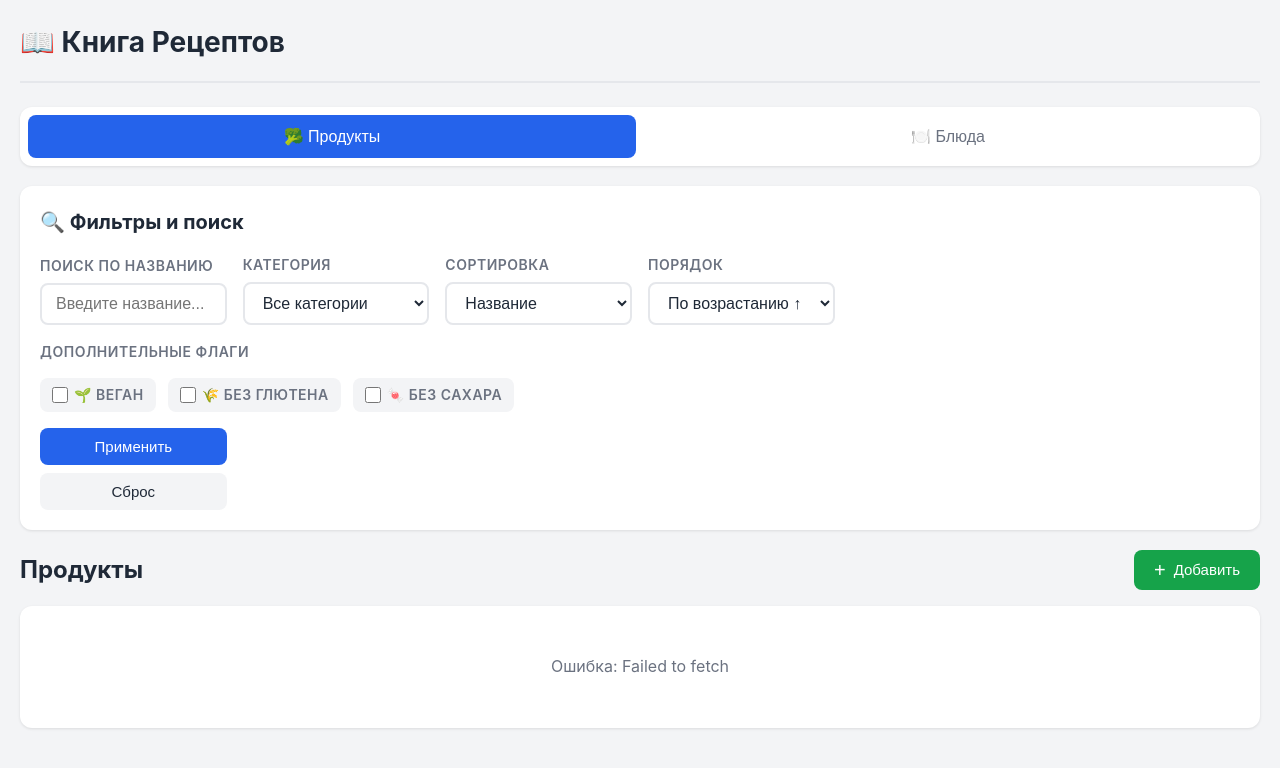
Repository: WorM1337/Testing-project
Page: Web/wwwroot/index.html
These files come from the project's save history. The page is drawn as it stood at one moment and after the next save; the edit follows.
The browser window is 1280 px wide. The pictures show the whole page.
The page's requests for data from a server got no answer.

Above is the page before, as saved 2026-04-12 14:45:28.

### Web/wwwroot/index.html
<!doctype html>
<html lang="ru">
  <head>
    <meta charset="UTF-8" />
    <meta name="viewport" content="width=device-width, initial-scale=1.0" />
    <title>Книга Рецептов</title>
    <link rel="stylesheet" href="css/styles.css" />
  </head>
  <body>
    <!-- Modal overlays must be direct children of body for proper z-index -->
    <!-- Modal: Create/Edit Entity -->
    <div class="modal-overlay" id="entity-modal">
      <div class="modal modal-large">
        <div class="modal-header">
          <h3 id="modal-title">Создание</h3>
          <button class="btn btn-icon-btn" onclick="app.closeModal()">✕</button>
        </div>
        <form id="entity-form" onsubmit="app.handleFormSubmit(event)">
          <input type="hidden" id="edit-id" />
          <div id="modal-fields" class="form-grid"></div>

          <!-- Ingredients Section (for dishes only) -->
          <div id="ingredients-container" class="ingredients-section hidden">
            <h4>📋 Ингредиенты</h4>
            <div class="ingredients-info">
              <p>
                💡 Выберите продукты из списка. Один продукт можно добавить
                только один раз.
              </p>
            </div>
            <div id="ingredients-list"></div>
            <div class="ingredient-selector">
              <select id="ingredient-product-select" class="form-control">
                <option value="">-- Выберите продукт --</option>
              </select>
              <input
                type="number"
                id="ingredient-amount"
                class="form-control"
                placeholder="Грамм"
                min="1"
                step="1"
              />
              <button
                type="button"
                class="btn btn-primary"
                onclick="app.addIngredient()"
              >
                Добавить
              </button>
            </div>
          </div>

          <div class="modal-actions">
            <button
              type="button"
              class="btn btn-secondary"
              onclick="app.closeModal()"
            >
              Отмена
            </button>
            <button type="submit" class="btn btn-primary">Сохранить</button>
          </div>
        </form>
      </div>
    </div>

    <!-- Modal: View Entity Details -->
    <div class="modal-overlay" id="view-modal">
      <div class="modal modal-medium">
        <div class="modal-header">
          <h3 id="view-modal-title">Просмотр</h3>
          <button class="btn btn-icon-btn" onclick="app.closeViewModal()">
            ✕
          </button>
        </div>
        <div id="view-modal-content" class="view-content"></div>
        <div class="modal-actions">
          <button
            type="button"
            class="btn btn-secondary"
            onclick="app.closeViewModal()"
          >
            Закрыть
          </button>
        </div>
      </div>
    </div>

    <!-- Modal: Image Viewer -->
    <div class="modal-overlay" id="image-modal">
      <div class="modal modal-image">
        <div class="modal-header">
          <h3>Просмотр изображения</h3>
          <button class="btn btn-icon-btn" onclick="app.closeImageModal()">
            ✕
          </button>
        </div>
        <div class="image-viewer">
          <img id="image-viewer-img" src="" alt="Просмотр" />
        </div>
        <div class="image-nav">
          <button
            class="btn btn-secondary"
            id="image-prev"
            onclick="app.navigateImage(-1)"
          >
            ← Назад
          </button>
          <span id="image-counter"></span>
          <button
            class="btn btn-secondary"
            id="image-next"
            onclick="app.navigateImage(1)"
          >
            Вперёд →
          </button>
        </div>
      </div>
    </div>

    <div class="app-container">
      <header class="header">
        <h1>📖 Книга Рецептов</h1>
        <div id="notification-area" class="notification-area"></div>
      </header>

      <!-- Tabs Navigation -->
      <nav class="tabs" role="tablist">
        <button
          class="tab-btn active"
          data-tab="products"
          onclick="app.switchTab('products')"
        >
          🥦 Продукты
        </button>
        <button
          class="tab-btn"
          data-tab="dishes"
          onclick="app.switchTab('dishes')"
        >
          🍽️ Блюда
        </button>
      </nav>

      <!-- Filters Section -->
      <section class="card filters-section">
        <h2>🔍 Фильтры и поиск</h2>
        <form
          id="filter-form"
          class="filter-grid"
          onsubmit="
            event.preventDefault();
            app.loadData();
          "
        >
          <div class="form-group">
            <label for="filter-search">Поиск по названию</label>
            <input
              type="text"
              id="filter-search"
              placeholder="Введите название..."
            />
          </div>

          <div class="form-group">
            <label for="filter-category">Категория</label>
            <select id="filter-category">
              <option value="">Все категории</option>
            </select>
          </div>

          <div class="form-group">
            <label for="filter-sort">Сортировка</label>
            <select id="filter-sort"></select>
          </div>

          <div class="form-group">
            <label for="filter-order">Порядок</label>
            <select id="filter-order">
              <option value="true">По возрастанию ↑</option>
              <option value="false">По убыванию ↓</option>
            </select>
          </div>

          <div class="form-group flags-filter-group">
            <label>Дополнительные флаги</label>
            <div class="flags-filter">
              <label class="checkbox-label">
                <input type="checkbox" class="flag-filter" value="Vegan" />
                <span>🌱 Веган</span>
              </label>
              <label class="checkbox-label">
                <input type="checkbox" class="flag-filter" value="GlutenFree" />
                <span>🌾 Без глютена</span>
              </label>
              <label class="checkbox-label">
                <input type="checkbox" class="flag-filter" value="SugarFree" />
                <span>🍬 Без сахара</span>
              </label>
            </div>
          </div>

          <div class="form-group filter-actions">
            <button type="submit" class="btn btn-primary">Применить</button>
            <button
              type="button"
              class="btn btn-secondary"
              onclick="app.resetFilters()"
            >
              Сброс
            </button>
          </div>
        </form>
      </section>

      <!-- Action Bar -->
      <div class="action-bar">
        <h2 id="list-title">Продукты</h2>
        <button class="btn btn-success" onclick="app.openCreateModal()">
          <span class="btn-icon">+</span> Добавить
        </button>
      </div>

      <!-- Data Table -->
      <div class="card table-card">
        <div class="table-wrapper">
          <table id="data-table">
            <thead>
              <tr id="table-header-row"></tr>
            </thead>
            <tbody id="table-body"></tbody>
          </table>
        </div>
        <div id="loading-indicator" class="loading hidden">
          <div class="spinner"></div>
          <span>Загрузка данных...</span>
        </div>
        <div id="empty-state" class="empty-state hidden">
          <span class="empty-icon">📭</span>
          <p>Нет данных для отображения</p>
        </div>
      </div>
    </div>

    <script src="js/api.js"></script>
    <script src="js/utils.js"></script>
    <script src="js/components.js"></script>
    <script src="js/app.js"></script>
  </body>
</html>

### Web/wwwroot/css/styles.css
:root {
  --primary: #2563eb;
  --primary-hover: #1d4ed8;
  --danger: #dc2626;
  --danger-hover: #b91c1c;
  --success: #16a34a;
  --success-hover: #15803d;
  --warning: #f59e0b;
  --bg: #f3f4f6;
  --card: #ffffff;
  --text: #1f2937;
  --text-secondary: #6b7280;
  --border: #e5e7eb;
  --shadow: 0 1px 3px rgba(0, 0, 0, 0.1);
  --shadow-lg: 0 10px 15px -3px rgba(0, 0, 0, 0.1);
  --radius: 8px;
  --radius-sm: 4px;
  --radius-lg: 12px;
}

* {
  box-sizing: border-box;
  margin: 0;
  padding: 0;
}

body {
  font-family:
    -apple-system, BlinkMacSystemFont, "Segoe UI", Roboto, "Helvetica Neue",
    Arial, sans-serif;
  background: var(--bg);
  color: var(--text);
  line-height: 1.6;
  min-height: 100vh;
}

/* App Container */
.app-container {
  max-width: 1400px;
  margin: 0 auto;
  padding: 20px;
}

/* Header */
.header {
  display: flex;
  justify-content: space-between;
  align-items: center;
  margin-bottom: 24px;
  padding-bottom: 16px;
  border-bottom: 2px solid var(--border);
}

.header h1 {
  font-size: 1.75rem;
  font-weight: 700;
  color: var(--text);
}

/* Notification Area */
.notification-area {
  font-weight: 600;
  padding: 8px 16px;
  border-radius: var(--radius);
  transition: all 0.3s ease;
}

.notification-area.success {
  background: #dcfce7;
  color: var(--success);
}

.notification-area.error {
  background: #fee2e2;
  color: var(--danger);
}

/* Tabs */
.tabs {
  display: flex;
  gap: 8px;
  margin-bottom: 20px;
  background: var(--card);
  padding: 8px;
  border-radius: var(--radius-lg);
  box-shadow: var(--shadow);
}

.tab-btn {
  flex: 1;
  padding: 12px 24px;
  border: none;
  background: transparent;
  color: var(--text-secondary);
  font-size: 1rem;
  font-weight: 500;
  cursor: pointer;
  border-radius: var(--radius);
  transition: all 0.2s ease;
}

.tab-btn:hover {
  background: var(--bg);
  color: var(--text);
}

.tab-btn.active {
  background: var(--primary);
  color: white;
}

/* Cards */
.card {
  background: var(--card);
  border-radius: var(--radius-lg);
  box-shadow: var(--shadow);
  padding: 20px;
  margin-bottom: 20px;
}

.card h2 {
  font-size: 1.25rem;
  margin-bottom: 16px;
  color: var(--text);
}

/* Filters Section */
.filters-section {
  margin-bottom: 20px;
}

.filter-grid {
  display: grid;
  grid-template-columns: repeat(auto-fit, minmax(180px, 1fr));
  gap: 16px;
  align-items: end;
}

.form-group {
  display: flex;
  flex-direction: column;
  gap: 6px;
}

.form-group label {
  font-size: 0.875rem;
  font-weight: 600;
  color: var(--text-secondary);
  text-transform: uppercase;
  letter-spacing: 0.5px;
}

.form-control,
input[type="text"],
input[type="number"],
input[type="url"],
select,
textarea {
  padding: 10px 14px;
  border: 2px solid var(--border);
  border-radius: var(--radius);
  font-size: 1rem;
  background: var(--card);
  color: var(--text);
  transition: all 0.2s ease;
}

.form-control:focus,
input:focus,
select:focus,
textarea:focus {
  outline: none;
  border-color: var(--primary);
  box-shadow: 0 0 0 3px rgba(37, 99, 235, 0.1);
}

/* Flags Filter */
.flags-filter-group {
  grid-column: 1 / -1;
}

.flags-filter {
  display: flex;
  flex-wrap: wrap;
  gap: 12px;
  margin-top: 8px;
}

.checkbox-label {
  display: flex;
  align-items: center;
  gap: 6px;
  cursor: pointer;
  padding: 6px 12px;
  background: var(--bg);
  border-radius: var(--radius);
  transition: all 0.2s ease;
}

.checkbox-label:hover {
  background: #e5e7eb;
}

.checkbox-label input[type="checkbox"] {
  width: 16px;
  height: 16px;
  cursor: pointer;
  accent-color: var(--primary);
}

.filter-actions {
  display: flex;
  flex-direction: column;
  gap: 8px;
}

.filter-actions .btn {
  width: 100%;
  justify-content: center;
}

/* Action Bar */
.action-bar {
  display: flex;
  justify-content: space-between;
  align-items: center;
  margin-bottom: 16px;
}

.action-bar h2 {
  font-size: 1.5rem;
  margin: 0;
}

/* Buttons */
.btn {
  display: inline-flex;
  align-items: center;
  justify-content: center;
  gap: 8px;
  padding: 10px 20px;
  border: none;
  border-radius: var(--radius);
  font-size: 0.9375rem;
  font-weight: 500;
  cursor: pointer;
  transition: all 0.2s ease;
  text-decoration: none;
}

.btn-icon {
  font-size: 1.25rem;
  line-height: 1;
}

.btn-icon-btn {
  width: 32px;
  height: 32px;
  padding: 0;
  background: var(--bg);
  color: var(--text);
}

.btn-icon-btn:hover {
  background: var(--border);
}

.btn-primary {
  background: var(--primary);
  color: white;
}

.btn-primary:hover {
  background: var(--primary-hover);
}

.btn-secondary {
  background: var(--bg);
  color: var(--text);
}

.btn-secondary:hover {
  background: var(--border);
}

.btn-success {
  background: var(--success);
  color: white;
}

.btn-success:hover {
  background: var(--success-hover);
}

.btn-danger {
  background: var(--danger);
  color: white;
}

.btn-danger:hover {
  background: var(--danger-hover);
}

.btn-sm {
  padding: 6px 12px;
  font-size: 0.8125rem;
}

/* Table */
.table-card {
  padding: 0;
  overflow: hidden;
}

.table-wrapper {
  overflow-x: auto;
}

table {
  width: 100%;
  border-collapse: collapse;
}

th,
td {
  text-align: left;
  padding: 14px 16px;
  border-bottom: 1px solid var(--border);
}

th {
  background: #f9fafb;
  font-weight: 600;
  font-size: 0.8125rem;
  text-transform: uppercase;
  letter-spacing: 0.5px;
  color: var(--text-secondary);
  white-space: nowrap;
}

tbody tr {
  transition: background 0.2s ease;
}

tbody tr:hover {
  background: #f9fafb;
}

tbody tr:last-child td {
  border-bottom: none;
}

/* Badges */
.badge {
  display: inline-block;
  padding: 4px 10px;
  border-radius: 12px;
  font-size: 0.75rem;
  font-weight: 600;
  margin-right: 4px;
  margin-bottom: 4px;
}

.badge-flag {
  background: #dbeafe;
  color: #1e40af;
}

.badge-category {
  background: #fef3c7;
  color: #92400e;
}

.badge-cooking {
  background: #d1fae5;
  color: #065f46;
}

/* Loading & Empty States */
.loading,
.empty-state {
  padding: 48px 24px;
  text-align: center;
}

.loading {
  display: flex;
  flex-direction: column;
  align-items: center;
  gap: 12px;
  color: var(--text-secondary);
}

.spinner {
  width: 40px;
  height: 40px;
  border: 4px solid var(--border);
  border-top-color: var(--primary);
  border-radius: 50%;
  animation: spin 1s linear infinite;
}

@keyframes spin {
  to {
    transform: rotate(360deg);
  }
}

.empty-state {
  color: var(--text-secondary);
}

.empty-icon {
  font-size: 3rem;
  display: block;
  margin-bottom: 12px;
}

/* Modal */
.modal-overlay {
  position: fixed;
  top: 0;
  left: 0;
  right: 0;
  bottom: 0;
  background: rgba(0, 0, 0, 0.6);
  display: none;
  justify-content: center;
  align-items: center;
  z-index: 1000;
  padding: 20px;
  backdrop-filter: blur(4px);
}

.modal-overlay.active {
  display: flex !important;
}

.modal {
  position: relative;
  background: var(--card);
  border-radius: var(--radius-lg);
  box-shadow: var(--shadow-lg);
  max-height: 90vh;
  overflow-y: auto;
  animation: modalSlideIn 0.3s ease;
  z-index: 1001;
}

@keyframes modalSlideIn {
  from {
    opacity: 0;
    transform: translateY(-20px);
  }
  to {
    opacity: 1;
    transform: translateY(0);
  }
}

.modal-large {
  width: 90%;
  max-width: 800px;
}

.modal-medium {
  width: 90%;
  max-width: 500px;
}

.modal-image {
  width: 90%;
  max-width: 900px;
}

.modal-header {
  display: flex;
  justify-content: space-between;
  align-items: center;
  padding: 20px 24px;
  border-bottom: 1px solid var(--border);
}

.modal-header h3 {
  font-size: 1.25rem;
  font-weight: 600;
}

.modal-header .btn-icon-btn {
  background: transparent;
}

/* Modal Content */
#modal-fields {
  padding: 24px;
}

.form-grid {
  display: grid;
  grid-template-columns: repeat(auto-fit, minmax(250px, 1fr));
  gap: 16px;
}

.form-grid .form-group.full-width {
  grid-column: 1 / -1;
}

/* Ingredients Section */
.ingredients-section {
  padding: 0 24px 24px;
  border-top: 1px solid var(--border);
  margin-top: 16px;
}

.ingredients-section h4 {
  font-size: 1rem;
  margin-bottom: 12px;
  display: flex;
  align-items: center;
  gap: 8px;
}

.ingredients-info {
  background: #fef3c7;
  padding: 12px 16px;
  border-radius: var(--radius);
  margin-bottom: 16px;
}

.ingredients-info p {
  font-size: 0.875rem;
  color: #92400e;
  margin: 0;
}

#ingredients-list {
  display: flex;
  flex-direction: column;
  gap: 12px;
  margin-bottom: 16px;
}

.ingredient-item {
  display: flex;
  align-items: center;
  gap: 12px;
  padding: 12px 16px;
  background: var(--bg);
  border-radius: var(--radius);
}

.ingredient-item .product-name {
  flex: 1;
  font-weight: 500;
}

.ingredient-item .product-amount {
  color: var(--text-secondary);
  font-size: 0.875rem;
}

.ingredient-selector {
  display: flex;
  gap: 12px;
  align-items: flex-end;
}

.ingredient-selector .form-control {
  flex: 1;
}

.ingredient-selector .form-control:first-child {
  flex: 2;
}

/* Modal Actions */
.modal-actions {
  display: flex;
  justify-content: flex-end;
  gap: 12px;
  padding: 20px 24px;
  border-top: 1px solid var(--border);
  background: #f9fafb;
  border-radius: 0 0 var(--radius-lg) var(--radius-lg);
}

/* View Modal Content */
.view-content {
  padding: 24px;
}

.view-detail {
  margin-bottom: 16px;
}

.view-detail-label {
  font-size: 0.75rem;
  text-transform: uppercase;
  letter-spacing: 0.5px;
  color: var(--text-secondary);
  margin-bottom: 4px;
}

.view-detail-value {
  font-size: 1rem;
  color: var(--text);
}

.view-nutrition {
  display: grid;
  grid-template-columns: repeat(4, 1fr);
  gap: 12px;
  margin: 20px 0;
  padding: 16px;
  background: var(--bg);
  border-radius: var(--radius);
}

.nutrition-item {
  text-align: center;
}

.nutrition-value {
  font-size: 1.25rem;
  font-weight: 700;
  color: var(--primary);
}

.nutrition-label {
  font-size: 0.75rem;
  color: var(--text-secondary);
  text-transform: uppercase;
}

/* Image Viewer */
.image-viewer {
  padding: 24px;
  text-align: center;
  background: #000;
}

.image-viewer img {
  max-width: 100%;
  max-height: 60vh;
  object-fit: contain;
}

.image-nav {
  display: flex;
  justify-content: center;
  align-items: center;
  gap: 16px;
  padding: 16px 24px;
}

#image-counter {
  font-weight: 600;
  min-width: 60px;
  text-align: center;
}

/* Photo thumbnails in forms */
.photo-preview {
  display: flex;
  flex-wrap: wrap;
  gap: 8px;
  margin-top: 8px;
}

.photo-thumbnail {
  position: relative;
  width: 80px;
  height: 80px;
  border-radius: var(--radius);
  overflow: hidden;
  cursor: pointer;
  border: 2px solid var(--border);
}

.photo-thumbnail img {
  width: 100%;
  height: 100%;
  object-fit: cover;
}

.photo-thumbnail .remove-photo {
  position: absolute;
  top: 2px;
  right: 2px;
  width: 20px;
  height: 20px;
  border-radius: 50%;
  background: var(--danger);
  color: white;
  border: none;
  cursor: pointer;
  font-size: 12px;
  display: flex;
  align-items: center;
  justify-content: center;
}

/* Validation */
.form-group.error input,
.form-group.error select,
.form-group.error textarea {
  border-color: var(--danger);
}

.error-message {
  font-size: 0.75rem;
  color: var(--danger);
  margin-top: 4px;
}

/* Responsive */
@media (max-width: 768px) {
  .app-container {
    padding: 12px;
  }

  .header {
    flex-direction: column;
    gap: 12px;
    text-align: center;
  }

  .filter-grid {
    grid-template-columns: 1fr;
  }

  .tabs {
    flex-direction: column;
  }

  .tab-btn {
    width: 100%;
  }

  .action-bar {
    flex-direction: column;
    gap: 12px;
    text-align: center;
  }

  .modal-large,
  .modal-medium,
  .modal-image {
    width: 95%;
    max-height: 95vh;
  }

  .ingredient-selector {
    flex-direction: column;
  }

  .ingredient-selector .form-control {
    width: 100%;
  }

  .view-nutrition {
    grid-template-columns: repeat(2, 1fr);
  }
}

/* Utility Classes */
.hidden {
  display: none !important;
}

.mt-4 {
  margin-top: 1rem;
}

.mb-4 {
  margin-bottom: 1rem;
}

.text-center {
  text-align: center;
}

.text-secondary {
  color: var(--text-secondary);
}

### Web/wwwroot/js/api.js
/**
 * API Client for Book of Receipts
 */
const api = {
  baseUrl: "/api",

  /**
   * Generic fetch wrapper with error handling
   */
  async request(endpoint, options = {}) {
    const url = `${this.baseUrl}${endpoint}`;
    const config = {
      headers: {
        "Content-Type": "application/json",
        ...options.headers,
      },
      ...options,
    };

    try {
      const response = await fetch(url, config);

      if (!response.ok) {
        const errorText = await response.text();
        let errorMessage = `HTTP ${response.status}`;

        try {
          const errorData = JSON.parse(errorText);
          if (errorData.errors) {
            errorMessage = Object.values(errorData.errors).flat().join(", ");
          } else if (errorData.message) {
            errorMessage = errorData.message;
          } else if (errorData.error) {
            errorMessage = errorData.error;
          }
        } catch {
          // Keep default error message
        }

        throw new Error(errorMessage);
      }

      // Handle 204 No Content
      if (response.status === 204) {
        return null;
      }

      return await response.json();
    } catch (error) {
      console.error("API Error:", error);
      throw error;
    }
  },

  // Products API
  products: {
    getAll(params = {}) {
      const queryString = new URLSearchParams();
      if (params.search) queryString.append("Search", params.search);
      if (params.category) queryString.append("Category", params.category);
      if (params.cookingRequirement)
        queryString.append("CookingRequirement", params.cookingRequirement);
      if (params.flags)
        params.flags.forEach((f) => queryString.append("Flags", f));
      if (params.sort) queryString.append("Sort", params.sort);
      if (params.ascending !== undefined)
        queryString.append("Ascending", params.ascending);

      return api.request(`/Products?${queryString.toString()}`);
    },

    getById(id) {
      return api.request(`/Products/${id}`);
    },

    create(data) {
      return api.request("/Products", {
        method: "POST",
        body: JSON.stringify(data),
      });
    },

    update(id, data) {
      return api.request(`/Products/${id}`, {
        method: "PATCH",
        body: JSON.stringify(data),
      });
    },

    delete(id) {
      return api.request(`/Products/${id}`, {
        method: "DELETE",
      });
    },
  },

  // Dishes API
  dishes: {
    getAll(params = {}) {
      const queryString = new URLSearchParams();
      if (params.search) queryString.append("Search", params.search);
      if (params.category) queryString.append("Category", params.category);
      if (params.flags)
        params.flags.forEach((f) => queryString.append("Flags", f));
      if (params.sort) queryString.append("Sort", params.sort);
      if (params.ascending !== undefined)
        queryString.append("Ascending", params.ascending);

      return api.request(`/Dishes?${queryString.toString()}`);
    },

    getById(id) {
      return api.request(`/Dishes/${id}`);
    },

    create(data) {
      return api.request("/Dishes", {
        method: "POST",
        body: JSON.stringify(data),
      });
    },

    update(id, data) {
      return api.request(`/Dishes/${id}`, {
        method: "PATCH",
        body: JSON.stringify(data),
      });
    },

    delete(id) {
      return api.request(`/Dishes/${id}`, {
        method: "DELETE",
      });
    },
  },
};

Loaded but not shown: Web/wwwroot/js/app.js (835 lines, source omitted); Web/wwwroot/js/components.js (488 lines, source omitted); Web/wwwroot/js/utils.js (257 lines, source omitted)

After the next save:
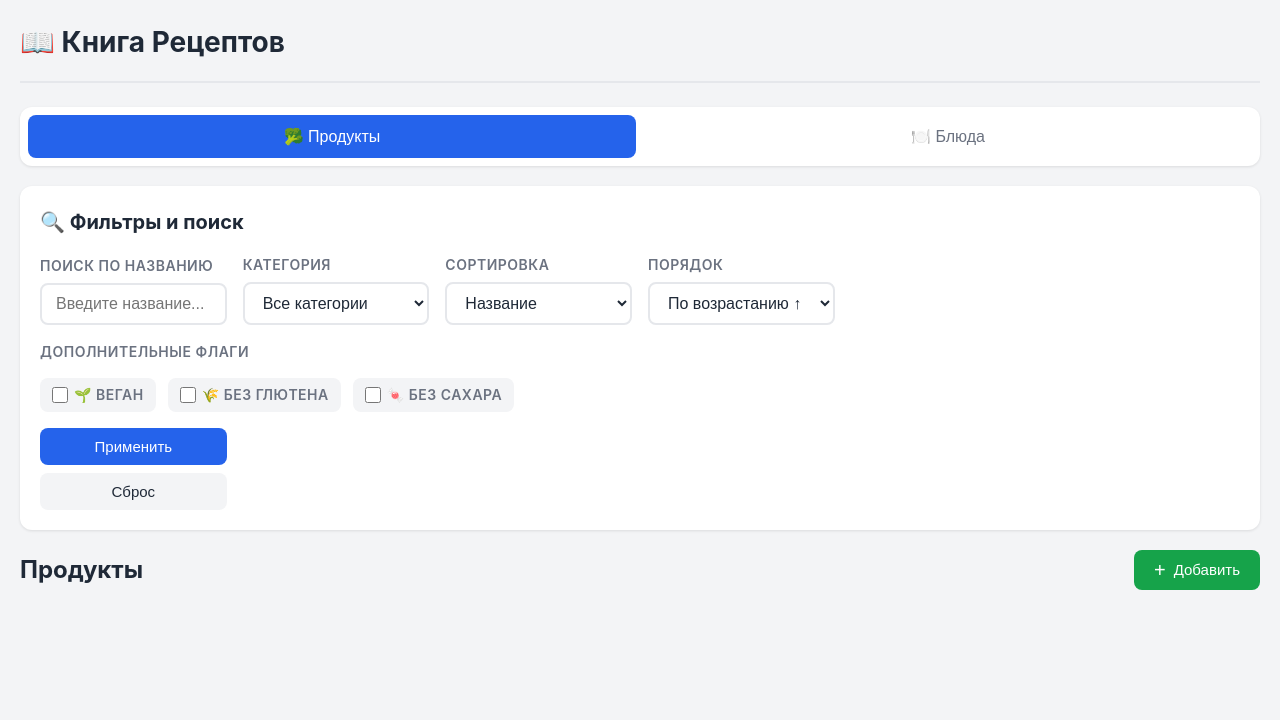
Console error: TypeError: Cannot set properties of null (setting 'textContent')
Saved 8 min 13 s later.
--- a/Web/wwwroot/index.html
+++ b/Web/wwwroot/index.html
@@ -119,10 +119,12 @@
       </div>
     </div>
 
+    <!-- Toast Notifications Container -->
+    <div id="toast-container" class="toast-container"></div>
+
     <div class="app-container">
       <header class="header">
         <h1>📖 Книга Рецептов</h1>
-        <div id="notification-area" class="notification-area"></div>
       </header>
 
       <!-- Tabs Navigation -->
